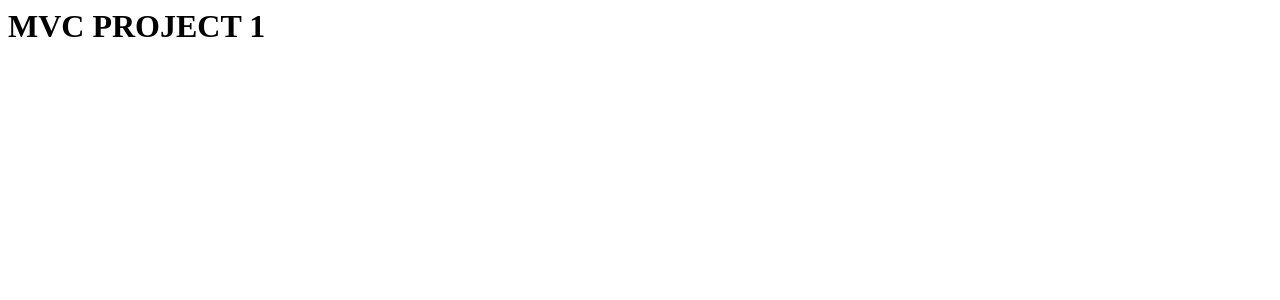
Repository: dannytayade1495/WEJM3
Page: http://localhost/mvcproject1/
These files come from the project's save history. The page is drawn as it stood at one moment and after the next save; the edit follows.
The browser window is 1280 px wide. The pictures show the whole page.
The page is served by Tomcat 9.

Above is the page before, as saved 2022-06-02 03:29:20.

After the next save:
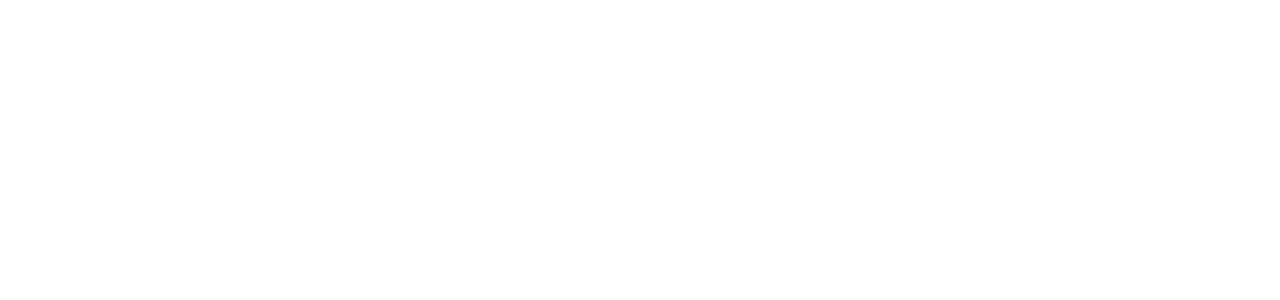
Saved 62 s later.
--- a/mvcproject1/src/main/webapp/index.jsp
+++ b/mvcproject1/src/main/webapp/index.jsp
@@ -1,5 +1,6 @@
+<!DOCTYPE = html>
 <html>
-<body>
-<h1>MVC PROJECT 1</h1>
-</body>
+<head>
+</head>
+<body></body>
 </html>

After the save that followed:
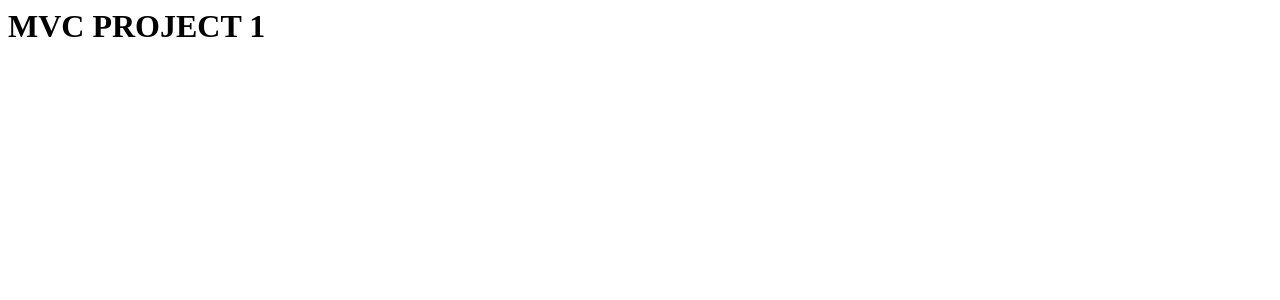
Saved 26 s later.
--- a/mvcproject1/src/main/webapp/index.jsp
+++ b/mvcproject1/src/main/webapp/index.jsp
@@ -2,5 +2,7 @@
 <html>
 <head>
 </head>
-<body></body>
+<body>
+<h1>MVC PROJECT 1</h1>
+</body>
 </html>
